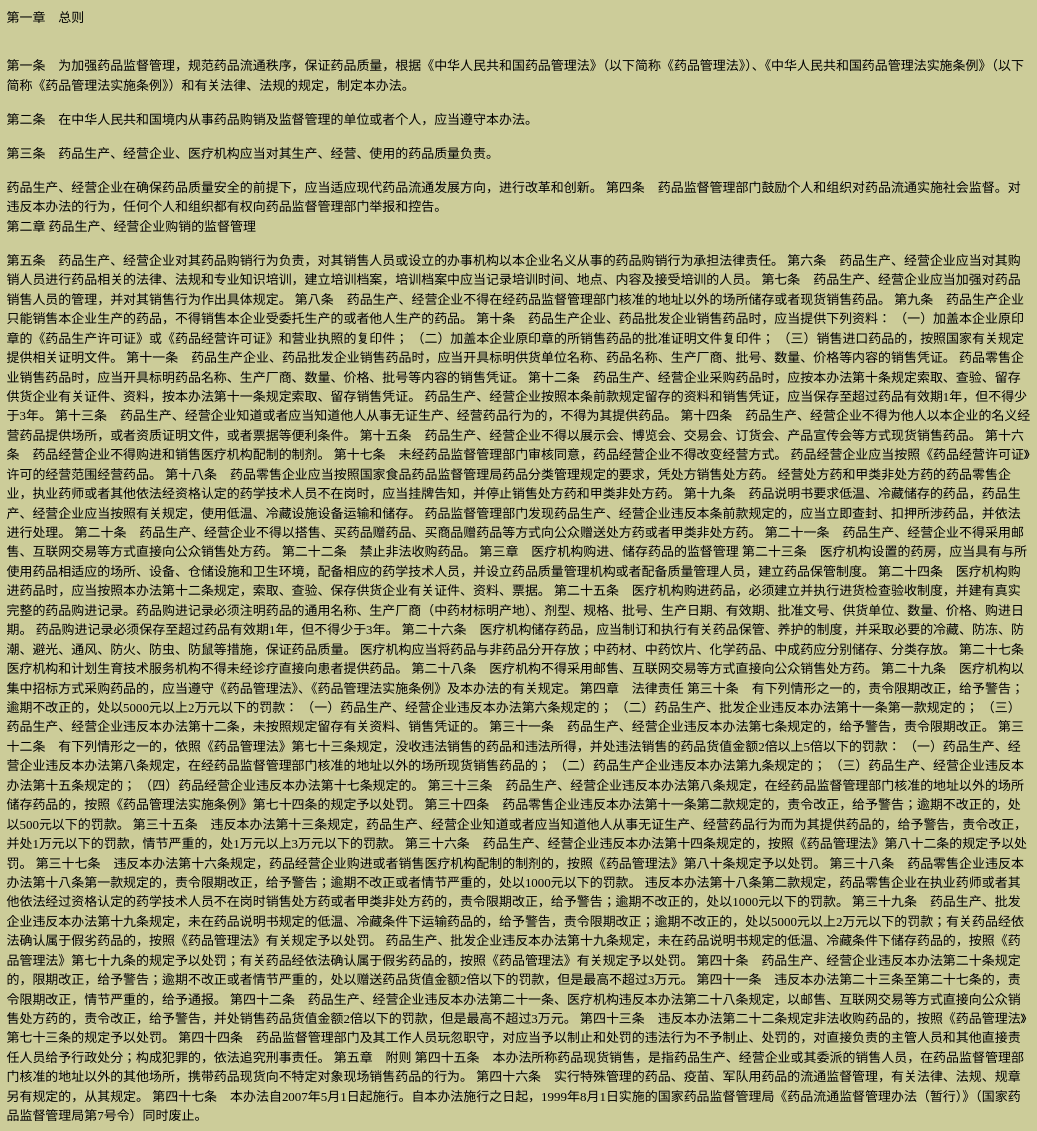
Repository: Shaoxubao/Java
Page: http://localhost/msm/jsp/rule/rules.jsp
An editor plug-in stored every save of this project. The page is shown before and after the next save, followed by the edit.
The browser window is 1280 px wide. The pictures show the whole page, at 81% of full size.
The page is served by Tomcat 9. Nobody is signed in. The application's start-up code is not run.

Above is the page before, as saved 2015-06-13 17:51:19.

After the next save:
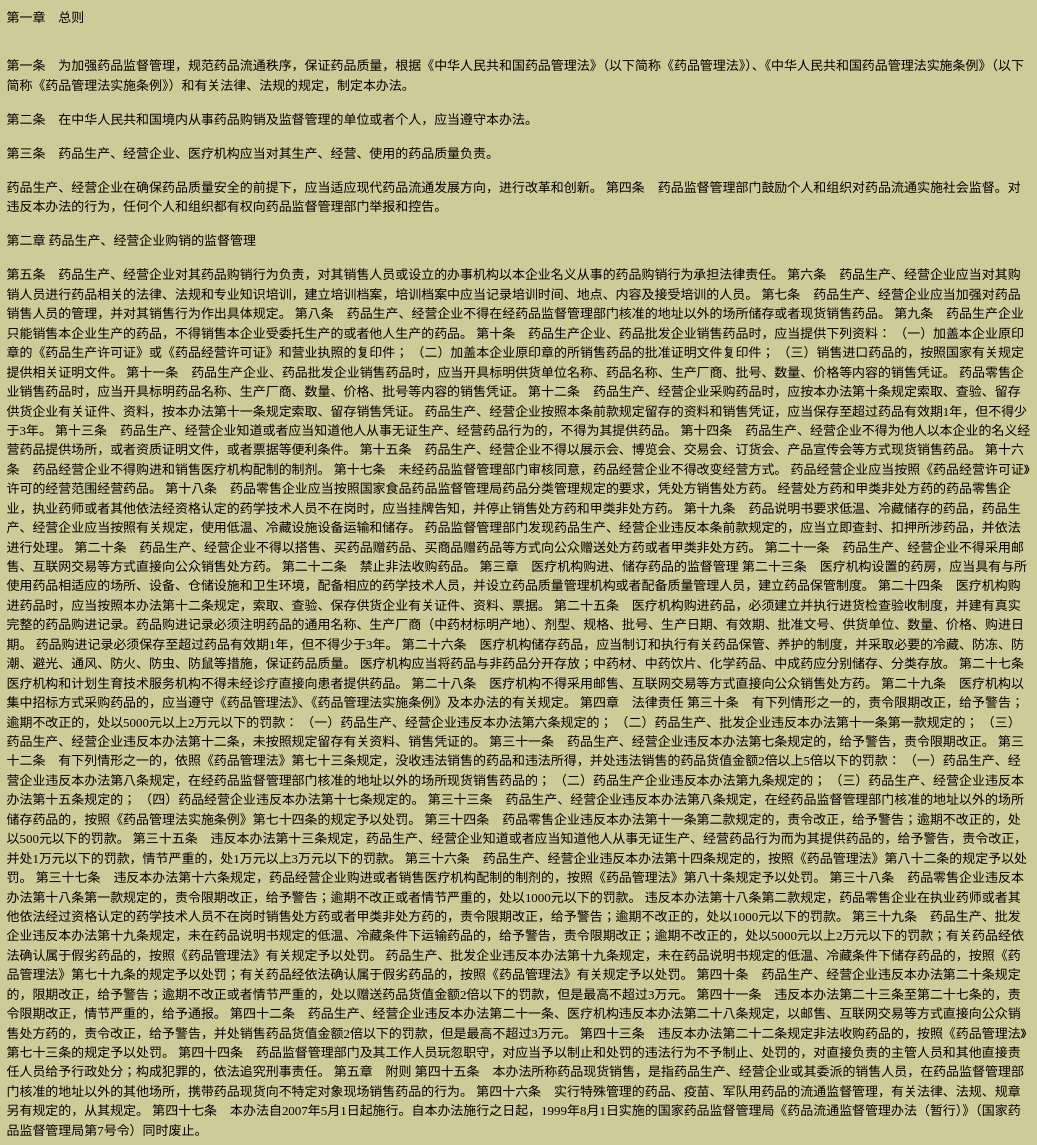
Saved 5 s later.
--- a/msm/WebContent/jsp/rule/rules.jsp
+++ b/msm/WebContent/jsp/rule/rules.jsp
@@ -13,7 +13,7 @@
 第二条　在中华人民共和国境内从事药品购销及监督管理的单位或者个人，应当遵守本办法。<br><br>
 第三条　药品生产、经营企业、医疗机构应当对其生产、经营、使用的药品质量负责。<br><br>
 药品生产、经营企业在确保药品质量安全的前提下，应当适应现代药品流通发展方向，进行改革和创新。
-第四条　药品监督管理部门鼓励个人和组织对药品流通实施社会监督。对违反本办法的行为，任何个人和组织都有权向药品监督管理部门举报和控告。<br>
+第四条　药品监督管理部门鼓励个人和组织对药品流通实施社会监督。对违反本办法的行为，任何个人和组织都有权向药品监督管理部门举报和控告。<br><br>
 第二章 药品生产、经营企业购销的监督管理<br><br>
 
 第五条　药品生产、经营企业对其药品购销行为负责，对其销售人员或设立的办事机构以本企业名义从事的药品购销行为承担法律责任。
